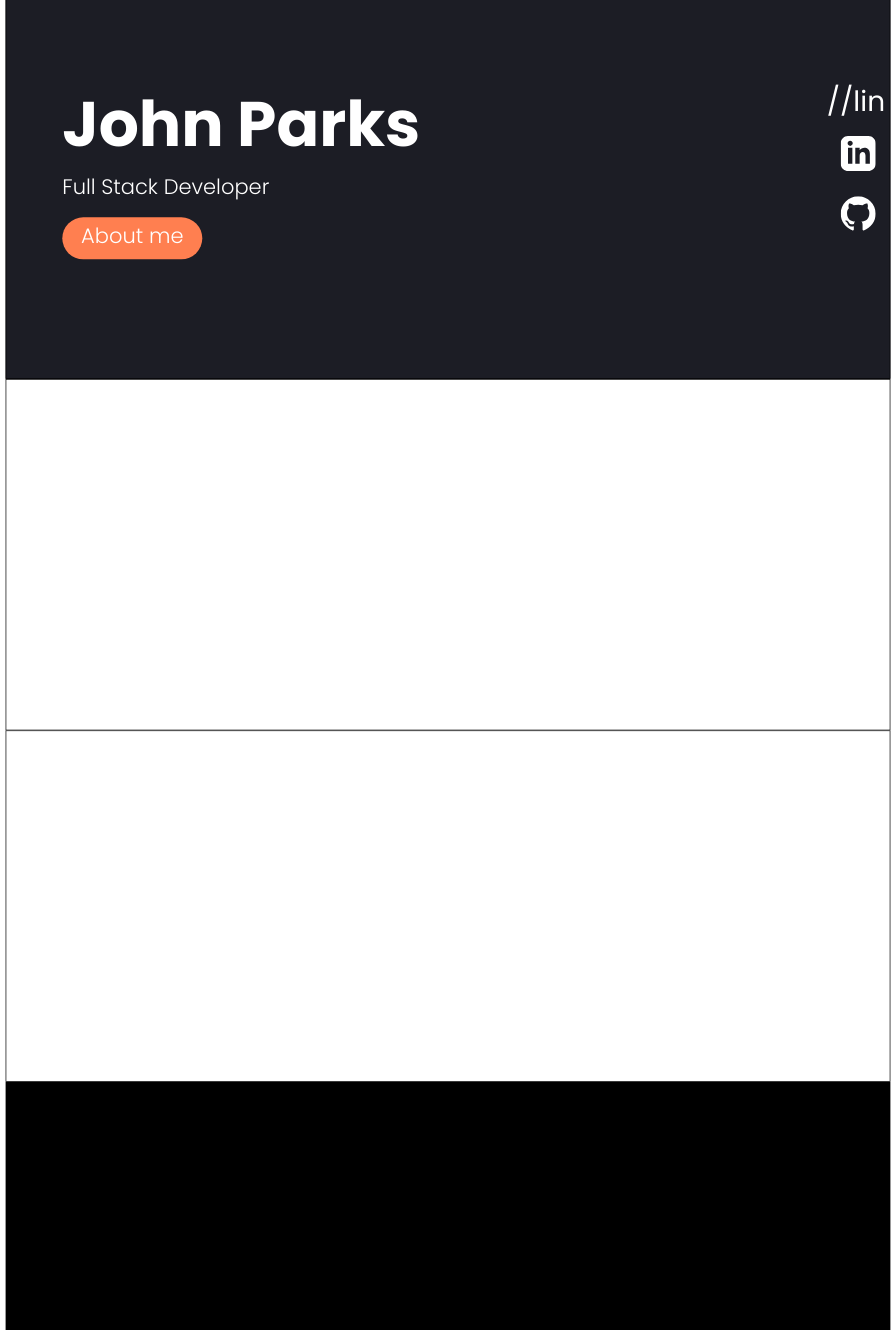
Repository: Jcparks84/Portfolio
Page: index.html
These files come from the project's save history. The page is drawn as it stood at one moment and after a run of saves; the edit follows.
The browser window is 1280 px wide. The pictures show the part of the page from y = 189 to 2089 px (the page is 2242 px tall), at 70% of full size.
A picture or video elsewhere on the page could not be fetched, so the positions and the page height are approximate.

Above is the page before, as saved 2022-08-10 15:18:11.

### index.html
<!DOCTYPE html>
<html>
    <head>
        <link rel="stylesheet" href="src/styles.css"/>
        <link rel="preconnect" href="https://fonts.googleapis.com">
        <link rel="preconnect" href="https://fonts.gstatic.com" crossorigin>
        <link href="https://fonts.googleapis.com/css2?family=Poppins:wght@300;400;600;700;800&display=swap" rel="stylesheet">
        <title>Portfolio</title>
        <meta charset="UTF-8" />
    </head>
    <body>
        <section class="hero">
            <nav>
                <img class="logo" src="src/images/coding-png-11.png" alt="John's Logo"/>
                <ul>
                    <li>About Me</li>
                    <li>Projects</li>
                    <li>Contact Me</li>
                </ul>
            </nav>
            <div class="hero-area">
                <div class="hero-text">
                <h1>John Parks</h1>
                <p>Full Stack Developer</p>
                <div class="button">About me</div>
            </div>
            <div class="socials">
                //lin
                <div href="" class="social">
                    <svg xmlns="http://www.w3.org/2000/svg" fill="#ffffff" width="50" height="50" viewBox="0 0 24 24"><path d="M19 0h-14c-2.761 0-5 2.239-5 5v14c0 2.761 2.239 5 5 5h14c2.762 0 5-2.239 5-5v-14c0-2.761-2.238-5-5-5zm-11 19h-3v-11h3v11zm-1.5-12.268c-.966 0-1.75-.79-1.75-1.764s.784-1.764 1.75-1.764 1.75.79 1.75 1.764-.783 1.764-1.75 1.764zm13.5 12.268h-3v-5.604c0-3.368-4-3.113-4 0v5.604h-3v-11h3v1.765c1.396-2.586 7-2.777 7 2.476v6.759z"/></svg>
                </div>
                <div class="social">
                    <svg xmlns="http://www.w3.org/2000/svg" fill="#ffffff" width="50" height="50" viewBox="0 0 24 24"><path d="M12 0c-6.626 0-12 5.373-12 12 0 5.302 3.438 9.8 8.207 11.387.599.111.793-.261.793-.577v-2.234c-3.338.726-4.033-1.416-4.033-1.416-.546-1.387-1.333-1.756-1.333-1.756-1.089-.745.083-.729.083-.729 1.205.084 1.839 1.237 1.839 1.237 1.07 1.834 2.807 1.304 3.492.997.107-.775.418-1.305.762-1.604-2.665-.305-5.467-1.334-5.467-5.931 0-1.311.469-2.381 1.236-3.221-.124-.303-.535-1.524.117-3.176 0 0 1.008-.322 3.301 1.23.957-.266 1.983-.399 3.003-.404 1.02.005 2.047.138 3.006.404 2.291-1.552 3.297-1.23 3.297-1.23.653 1.653.242 2.874.118 3.176.77.84 1.235 1.911 1.235 3.221 0 4.609-2.807 5.624-5.479 5.921.43.372.823 1.102.823 2.222v3.293c0 .319.192.694.801.576 4.765-1.589 8.199-6.086 8.199-11.386 0-6.627-5.373-12-12-12z"/></svg>
                </div>
            </div>
        </div>
        </section>
        <section></section>
        <section></section>
        <footer></footer>

        <script src="src/app.js"></script>
    </body>
</html>

### src/styles.css
body {
    font-family: 'Poppins', sans-serif;

}

section {
    height: 500px;
    background-color: white;
    border: solid black 1px;
}

.hero {
    background-color: #1c1d25;
    height: 100vh;
    color: white;
    font-size: 40px;
}

footer {
    height: 500px;
    background-color: black;
}

nav {
    display: flex;
    justify-content: space-between;
}

ul {
    display: flex;
    list-style-type: none;
    width: 500px;
    justify-content: space-around;
    font-size: 30px;
}

li {
    text-decoration: none;
}

h1 {
    font-size: 90px;
    margin: 0;
}

p {
    margin: 0;
    font-size: 30px;
    font-weight: 300;
}

.hero-area {
    display: flex;
    height: 100%;
    justify-content: space-between;
    align-items: center;
}

.hero-text {
    margin-left: 80px;
    margin-bottom: 200px;
}

.button {
    width: 200px;
    height: 55px;
    border-radius: 30px;
    background-color: coral;
    text-align: center;
    font-size: 30px;
    font-weight: 300;
    padding-top: 5px;
    margin-top: 20px;
}

.button:hover {
    background-color: #ef744b;
}

.button:active {
    background-color: #A9A9A9;
    color: #808080;
}

.socials {
    padding-bottom: 200px;
}

.logo {
    height: 100px;
    margin: 30px;
}

.social {
    margin: 20px
}

Loaded but not shown: src/app.js (no stored copy; drawn as an empty file)

After the next 2 saves:
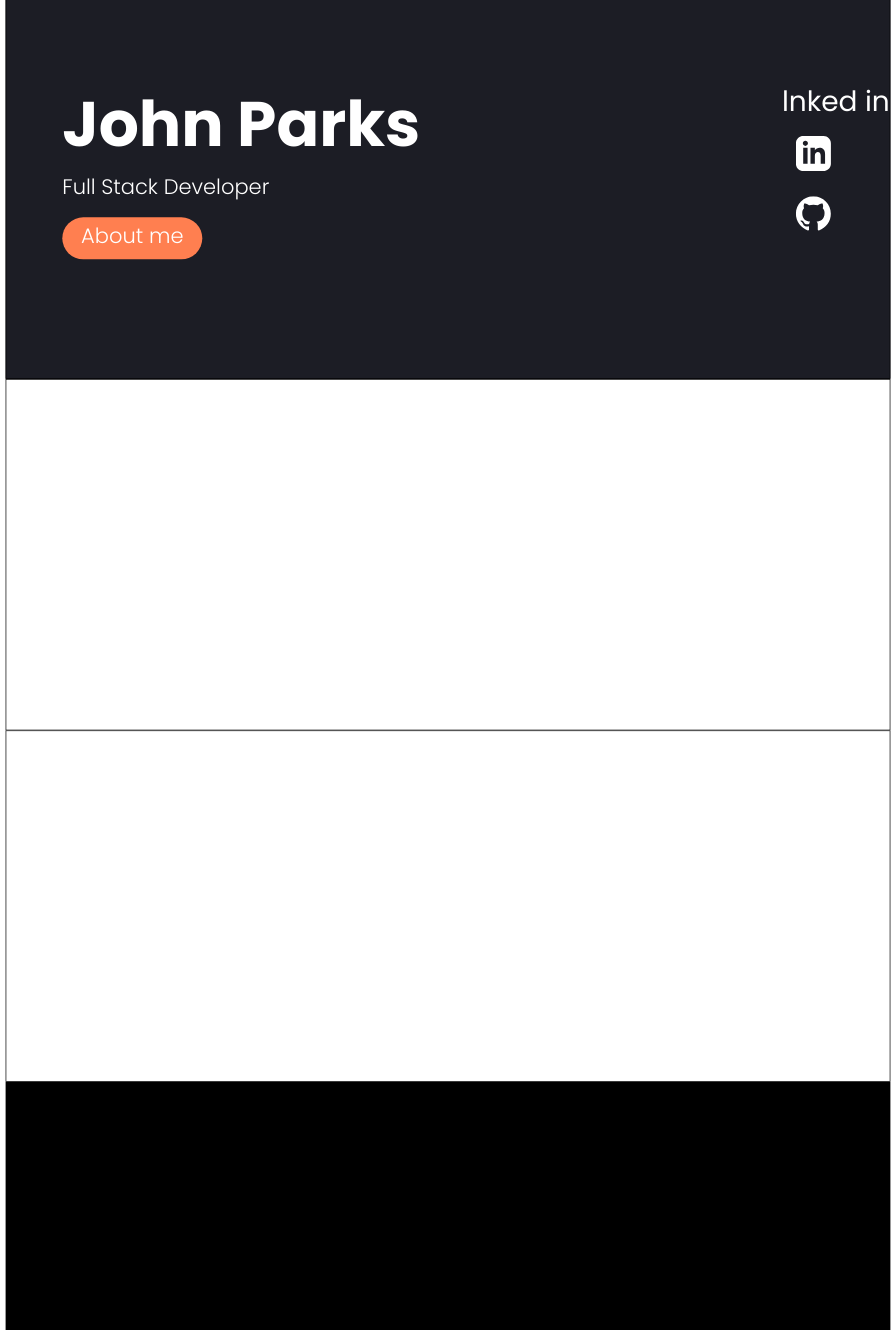
The 2 saves are shown as one change because they came seconds apart.
The last was saved 7 s later.
--- a/index.html
+++ b/index.html
@@ -25,7 +25,7 @@
                 <div class="button">About me</div>
             </div>
             <div class="socials">
-                //lin
+                lnked in
                 <div href="" class="social">
                     <svg xmlns="http://www.w3.org/2000/svg" fill="#ffffff" width="50" height="50" viewBox="0 0 24 24"><path d="M19 0h-14c-2.761 0-5 2.239-5 5v14c0 2.761 2.239 5 5 5h14c2.762 0 5-2.239 5-5v-14c0-2.761-2.238-5-5-5zm-11 19h-3v-11h3v11zm-1.5-12.268c-.966 0-1.75-.79-1.75-1.764s.784-1.764 1.75-1.764 1.75.79 1.75 1.764-.783 1.764-1.75 1.764zm13.5 12.268h-3v-5.604c0-3.368-4-3.113-4 0v5.604h-3v-11h3v1.765c1.396-2.586 7-2.777 7 2.476v6.759z"/></svg>
                 </div>
